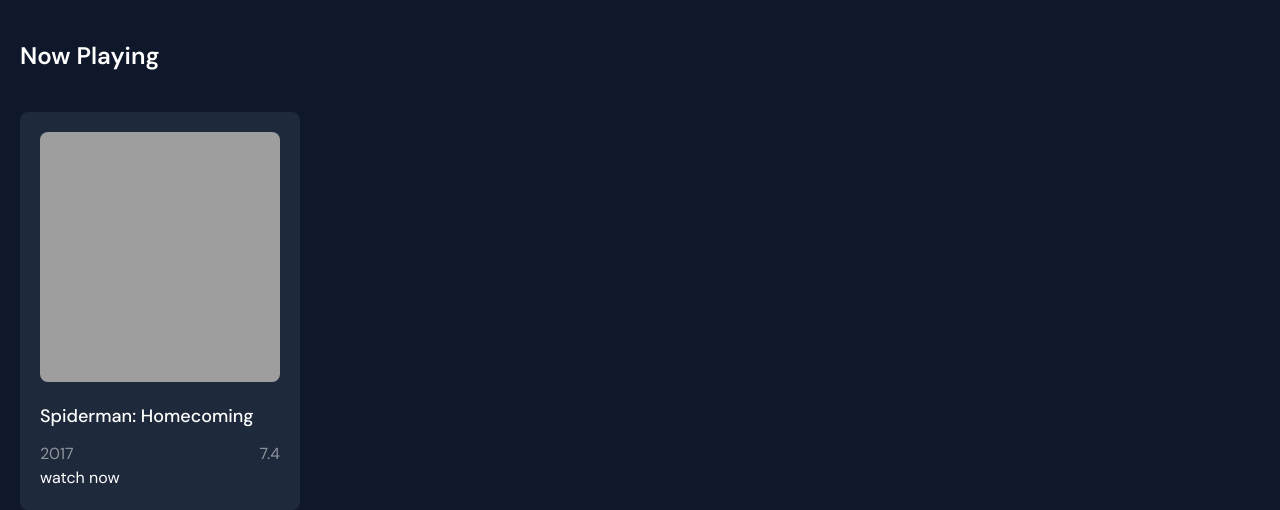
Repository: Duchieu7802/React-Simple-Movie
Page: /movies
These files come from the project's save history. The page is drawn as it stood at one moment and after the next save; the edit follows.
The browser window is 1280 px wide. The pictures show the part of the page from y = 504 to 1038 px (the page is 1014 px tall before and 1038 px after).
Pictures or frames that could not be fetched are drawn as grey boxes. The project was rebuilt for these pictures with package versions that can differ from the ones it lists, and the page was loaded fresh each time. Also part of the build but not shown: vite.config.js.

Above is the page before, as saved 2024-05-27 16:36:01.

After the next save:
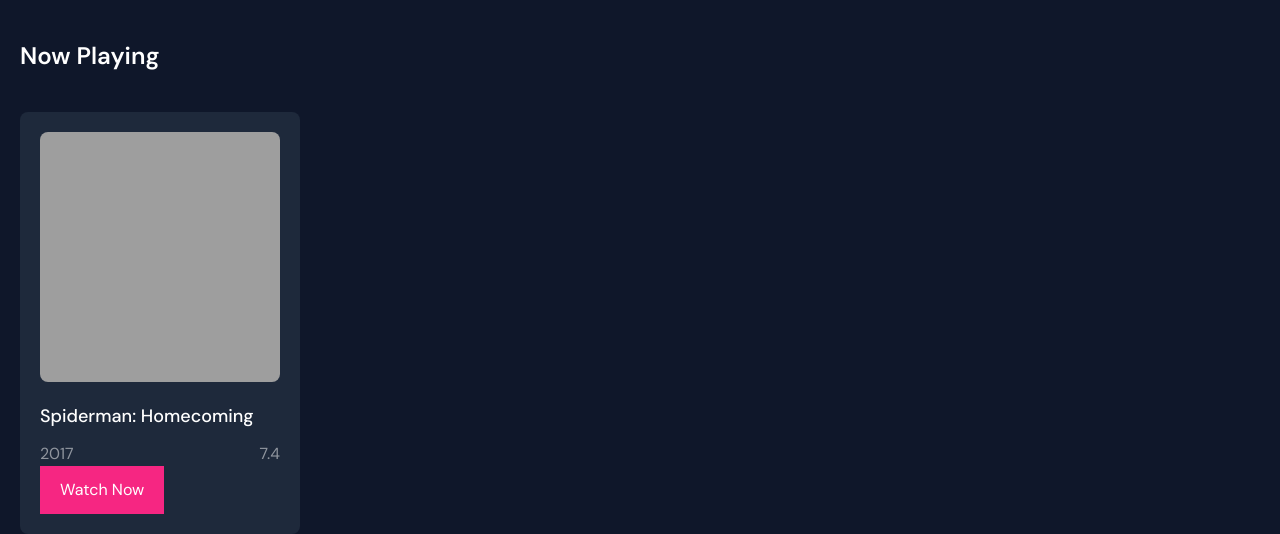
Saved 64 s later.
--- a/src/App.jsx
+++ b/src/App.jsx
@@ -50,7 +50,9 @@
 							<span>2017</span>
 							<span>7.4</span>
 						</div>
-						<button className="">watch now</button>
+						<button className="capitalize px-5 py-3 bg-primary">
+							watch now
+						</button>
 					</div>
 				</div>
 			</section>
